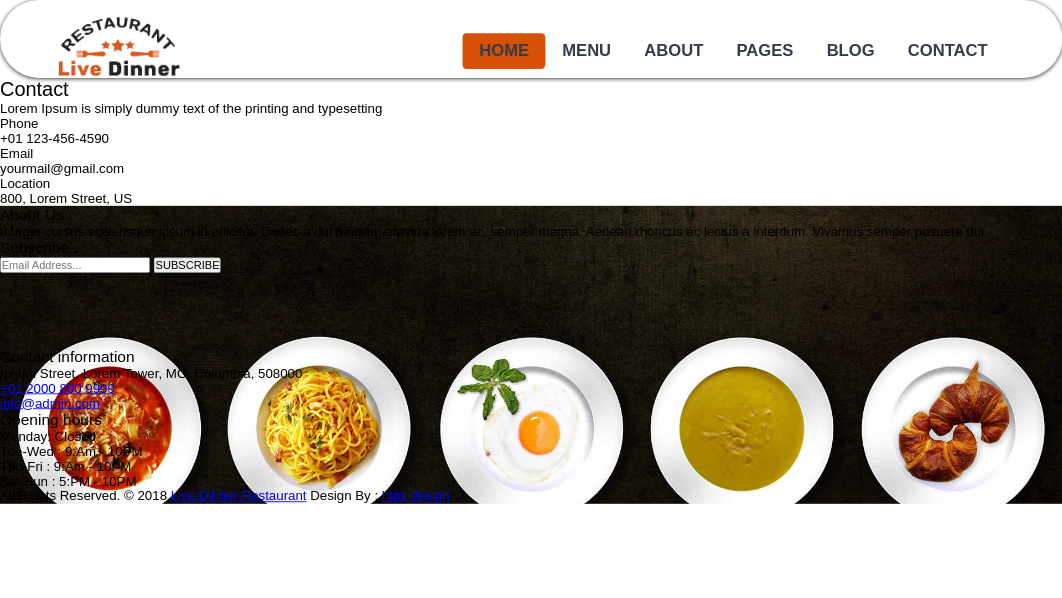
Repository: Hoa7604/kist_Java
Page: http://localhost/jdbc1/contact/list
An editor plug-in stored every save of this project. The page is shown before and after the next save, followed by the edit.
The browser window is 1280 px wide. The pictures show the whole page, at 83% of full size.
The page is served by Tomcat 9. Other server files are loaded and not shown. Queries for data that is not in the repository find no rows.

Above is the page before, as saved 2020-08-14 05:01:52.

### pho/jdbc1/WebContent/WEB-INF/views/contact.jsp
<%@page import="tp.kits3.livedinner.io.Contact"%>
<%@page import="java.util.List"%>
<%@ page language="java" contentType="text/html; charset=UTF-8"
    pageEncoding="UTF-8"%>

    <%
    	String contextPath = request.getContextPath();
    	List<Contact> list = (List<Contact>)request.getAttribute("ContactList");
    %>
<!DOCTYPE html>
<html lang="en"><!-- Basic -->
<head>
	<meta charset="utf-8">
    <meta http-equiv="X-UA-Compatible" content="IE=edge">

    <!-- Mobile Metas -->
    <meta name="viewport" content="width=device-width, initial-scale=1">

     <!-- Site Metas -->
    <title>Live Dinner Restaurant</title>
    <meta name="keywords" content="">
    <meta name="description" content="">
    <meta name="author" content="">

    <!-- Site Icons -->
    <link rel="shortcut icon" href="<%=contextPath %>/images/favicon.ico" type="image/x-icon">
    <link rel="apple-touch-icon" href=<%=contextPath %>"images/apple-touch-icon.png">

	<!-- Site CSS -->
    <link rel="stylesheet" href="<%=contextPath %>/css/style.css">
    <!-- Custom CSS -->
    <link rel="stylesheet" href="<%=contextPath %>/css/custom.css">

    <!--[if lt IE 9]>
      <script src="https://oss.maxcdn.com/libs/html5shiv/3.7.0/html5shiv.js"></script>
      <script src="https://oss.maxcdn.com/libs/respond.js/1.4.2/respond.min.js"></script>
    <![endif]-->

</head>

<body>
	<!-- Start header -->
	<header style = "position: initial;">
		<nav>
			<div class="container">
				<a href="index.html">
					<img src=" <%=contextPath %>/images/logo.png" alt="" />
				</a>
				<button type="button" data-toggle="collapse" data-target="#navbars-rs-food" aria-controls="navbars-rs-food" aria-expanded="false" aria-label="Toggle navigation">
				  <span>Search</span>
				</button>
				<div id="navbars-rs-food">
					<ul>
						<li><a class="active" href="<%=contextPath %>/menu/list">Home</a></li>
						<li><a href="#">Menu</a></li>
						<li><a href="#">About</a></li>
						<li >
							<a href="#" id="dropdown-a" onclick="show('subPage')" data-toggle="dropdown">Pages</a><br>
							<div id="subPage" class="drop-menu" aria-labelledby="dropdown-a">
								<a href="reservation.html">Reservation</a>
								<a href="stuff.html">Stuff</a>
								<a href="gallery.html">Gallery</a>
							</div>
						</li>
						<li>
							<a href="#" id="dropdown-a" onclick="show('subBlog')" data-toggle="dropdown">Blog</a>
							<div id = "subBlog" class="drop-menu" aria-labelledby="dropdown-a">
								<a href="blog.html">blog</a>
								<a href="blog-details.html">Blog Single</a>
							</div>
						</li>
						<li><a href="#">Contact</a></li>
					</ul>
				</div>
			</div>
		</nav>
	</header>
	<!-- End header -->

	<!-- Start All Pages -->
	<%for( int i = 0; i < list.size(); i++){%>
		<div >
			<div >
				<div >
					<div >
						<p>name: <%=list.get(i).getConame() %></p>
						<h1>Email: <%=list.get(i).getEmail() %></h1>
					</div>
				</div>
			</div>
		</div>
	<% }%>

	<!-- End All Pages -->

	<!-- Start Contact -->
	<div></div>
	<div>
		<div >
			<div >
				<div >
					<div >
						<h2>Contact</h2>
						<p>Lorem Ipsum is simply dummy text of the printing and typesetting</p>
					</div>
				</div>
			</div>
			<div >
				<div >
				<%for(int i = 0; i < list.size(); i++) {%>
					<form id="contactForm">
						<div >
							<div >
								<div >
									<input type="text" id="name" name="name" placeholder="<%=list.get(0).getConame() %>" required data-error="Please enter your name">
									<div ></div>
								</div>
							</div>
							<div >
								<div >
									<input type="text" placeholder="<%=list.get(0).getAddress() %>" id="email" name="name" required data-error="Please enter your email">
									<div ></div>
								</div>
							</div>
							<div >
								<div >
									<select id="guest" required data-error="Please Select Person">
									  <option disabled selected>Please Select Person*</option>
									  <option value="1">1</option>
									  <option value="2">2</option>
									  <option value="3">3</option>
									  <option value="4">4</option>
									  <option value="5">5</option>
									</select>
									<div ></div>
								</div>
							</div>
							<div >
								<div >
									<textarea id="message" placeholder="Your Message" rows="4" data-error="Write your message" required></textarea>
									<div ></div>
								</div>
								<div >
									<button id="submit" type="submit">Send Message</button>
									<div id="msgSubmit"></div>
									<div ></div>
								</div>
							</div>
						</div>
					</form>
					<%}%>
				</div>
			</div>
		</div>
	</div>
	<!-- End Contact -->

	<!-- Start Contact info -->
	<div>
		<div >
			<div >
				<div>
					<i></i>
					<div>
						<h4>Phone</h4>
						<p>
							+01 123-456-4590
						</p>
					</div>
				</div>
				<div>
					<i></i>
					<div>
						<h4>Email</h4>
						<p>
							yourmail@gmail.com
						</p>
					</div>
				</div>
				<div>
					<i></i>
					<div>
						<h4>Location</h4>
						<p>
							800, Lorem Street, US
						</p>
					</div>
				</div>
			</div>
		</div>
	</div>
	<!-- End Contact info -->

	<!-- Start Footer -->
	<footer>
		<div >
			<div >
				<div>
					<h3>About Us</h3>
					<p>Integer cursus scelerisque ipsum id efficitur. Donec a dui fringilla, gravida lorem ac, semper magna. Aenean rhoncus ac lectus a interdum. Vivamus semper posuere dui.</p>
				</div>
				<div>
					<h3>Subscribe</h3>
					<div>
						<form>
							<input name="EMAIL" id="subs-email" placeholder="Email Address..." type="email">
							<button type="submit" >SUBSCRIBE</button>
							<div ></div>
						</form>
					</div>
					<ul>
						<li><a href="#"><i aria-hidden="true"></i></a></li>
						<li><a href="#"><i aria-hidden="true"></i></a></li>
						<li><a href="#"><i aria-hidden="true"></i></a></li>
						<li><a href="#"><i aria-hidden="true"></i></a></li>
						<li><a href="#"><i aria-hidden="true"></i></a></li>
					</ul>
				</div>
				<div>
					<h3>Contact information</h3>
					<p>Ipsum Street, Lorem Tower, MO, Columbia, 508000</p>
					<p><a href="#">+01 2000 800 9999</a></p>
					<p><a href="#"> info@admin.com</a></p>
				</div>
				<div>
					<h3>Opening hours</h3>
					<p><span>Monday: </span>Closed</p>
					<p><span>Tue-Wed :</span> 9:Am - 10PM</p>
					<p><span>Thu-Fri :</span> 9:Am - 10PM</p>
					<p><span>Sat-Sun :</span> 5:PM - 10PM</p>
				</div>
			</div>
		</div>

		<div>
			<div >
				<div >
					<div>
						<p>All Rights Reserved. &copy; 2018 <a href="#">Live Dinner Restaurant</a> Design By :
					<a href="#">html design</a></p>
					</div>
				</div>
			</div>
		</div>

	</footer>
	<!-- End Footer -->

	<a href="#" id="back-to-top" title="Back to top" style="display: none;"><i aria-hidden="true"></i></a>

	<!-- ALL JS FILES -->
    <!-- ALL PLUGINS -->
    <script src="js/custom.js"></script>
</body>
</html>

### pho/jdbc1/src/tp/kits3/servlet/contactServlet.java
package tp.kits3.servlet;

import java.io.IOException;
import java.sql.Connection;
import java.sql.DriverManager;
import java.sql.ResultSet;
import java.sql.SQLException;
import java.sql.Statement;
import java.util.ArrayList;
import java.util.List;

import javax.servlet.RequestDispatcher;
import javax.servlet.ServletException;
import javax.servlet.annotation.WebServlet;
import javax.servlet.http.HttpServlet;
import javax.servlet.http.HttpServletRequest;
import javax.servlet.http.HttpServletResponse;
import javax.sql.DataSource;

import td.kits3.livedinner.dao.ContactDAO;
import tp.kits3.livedinner.io.Category;
import tp.kits3.livedinner.io.Contact;

/**
 * Servlet implementation class contactServlet
 */
@WebServlet("/contact/list")
public class contactServlet extends HttpServlet {
	private static final long serialVersionUID = 1L;
    /**
     * @see HttpServlet#HttpServlet()
     */
    public contactServlet() {
        super();
        // TODO Auto-generated constructor stub
    }

	/**
	 * @see HttpServlet#doGet(HttpServletRequest request, HttpServletResponse response)
	 */
	protected void doGet(HttpServletRequest request, HttpServletResponse response) throws ServletException, IOException {
		// TODO Auto-generated method stub
		ContactDAO contactdao = new ContactDAO();
		Contact contact = new Contact();
		List<Contact> list = new ArrayList<Contact>();
		list = contactdao.findAll();
		System.out.println(list);
		if (list.size() == 0) {
			System.out.println("List none");
		}
		String divList = "<div class'ctgList'>";
		for(Contact ct : list) {
			divList += "<p><a href='update?coid="+ ct.getCoid()+ "'>" + ct.toString() + "</a></p>";

		}
		divList += "<p><a href='add'>/contact/add</p></a>";
		divList += "</div>";

		response.setContentType("text/html; charset = UTF-8");
		response.getWriter().append(divList);

		//*************************************//
		request.setAttribute("ContactList", list);

		String profix = "/WEB-INF/views/";
		String subfix = ".jsp";
		RequestDispatcher dispatcher = request.getRequestDispatcher(profix + "contact" +subfix);
		dispatcher.forward(request, response);
	}

	/**
	 * @see HttpServlet#doPost(HttpServletRequest request, HttpServletResponse response)
	 */
	protected void doPost(HttpServletRequest request, HttpServletResponse response) throws ServletException, IOException {
		// TODO Auto-generated method stub
		doGet(request, response);
	}

	@Override
	public String toString() {
		// TODO Auto-generated method stub
		return super.toString();
	}
}

### pho/jdbc1/src/tp/kits3/livedinner/io/Contact.java
package tp.kits3.livedinner.io;
public class Contact {

    private Integer coid;

    private String coname;

    private String priphone;

    private String subphone;

    private String email;

    private String address;

    private Boolean unused;

    private String opening;

    private String weekday;

    private String weekend;

    private String aboutus;

    private Double latitude;

    private Double logitude;

    public Integer getCoid() {
        return coid;
    }

    public void setCoid(Integer coid) {
        this.coid = coid;
    }

    public String getConame() {
        return coname;
    }

    public void setConame(String coname) {
        this.coname = coname;
    }

    public String getPriphone() {
        return priphone;
    }

    public void setPriphone(String priphone) {
        this.priphone = priphone;
    }

    public String getSubphone() {
        return subphone;
    }

    public void setSubphone(String subphone) {
        this.subphone = subphone;
    }

    public String getEmail() {
        return email;
    }

    public void setEmail(String email) {
        this.email = email;
    }

    public String getAddress() {
        return address;
    }

    public void setAddress(String address) {
        this.address = address;
    }

    public Boolean getUnused() {
        return unused;
    }

    public void setUnused(Boolean unused) {
        this.unused = unused;
    }

    public String getOpening() {
        return opening;
    }

    public void setOpening(String opening) {
        this.opening = opening;
    }

    public String getWeekday() {
        return weekday;
    }

    public void setWeekday(String weekday) {
        this.weekday = weekday;
    }

    public String getWeekend() {
        return weekend;
    }

    public void setWeekend(String weekend) {
        this.weekend = weekend;
    }

    public String getAboutus() {
        return aboutus;
    }

    public void setAboutus(String aboutus) {
        this.aboutus = aboutus;
    }

    public Double getLatitude() {
        return latitude;
    }

    public void setLatitude(Double latitude) {
        this.latitude = latitude;
    }

    public Double getLogitude() {
        return logitude;
    }

    public void setLogitude(Double logitude) {
        this.logitude = logitude;
    }

    // Contact 모델 복사
    public void CopyData(Contact param)
    {
        this.coid = param.getCoid();
        this.coname = param.getConame();
        this.priphone = param.getPriphone();
        this.subphone = param.getSubphone();
        this.email = param.getEmail();
        this.address = param.getAddress();
        this.unused = param.getUnused();
        this.opening = param.getOpening();
        this.weekday = param.getWeekday();
        this.weekend = param.getWeekend();
        this.aboutus = param.getAboutus();
        this.latitude = param.getLatitude();
        this.logitude = param.getLogitude();
    }

	@Override
	public String toString() {
		return "Contact [coid=" + coid + ", coname=" + coname + ", priphone=" + priphone + ", subphone=" + subphone
				+ ", email=" + email + ", address=" + address + ", unused=" + unused + ", opening=" + opening
				+ ", weekday=" + weekday + ", weekend=" + weekend + ", aboutus=" + aboutus + ", latitude=" + latitude
				+ ", logitude=" + logitude + "]";
	}
}

### pho/jdbc1/WebContent/css/custom.css
*{margin: 0; padding: 0; font-family: 'Rubik', sans-serif; font-weight: 500;}

.font-style1 {font-weight: 100;}
.font-style2 {font-weight: 300;}
.font-style3 {font-weight: 400;}
.font-style4 {font-weight: 500;}
.font-style5 {font-weight: 700;}
.font-style6 {font-weight: 900;}

.container {
    max-width: 1140px;
    margin: 0 auto;
    position: relative;
    overflow: hidden;
}

/* CONTACT */
.all-pages {
    background-image: url(../images/all-bg.jpg);
    background-repeat: no-repeat;
    background-position: center center;
    background-size: cover;
    height: 50vh;
    background-attachment: fixed;
}
.all-pages .container {}
.all-pages .container .row {
    width: 100%;
}
.all-pages .container .row .wrap {
    text-align: center;
    display: inline-block;
    line-height: 50vh;
    width: 100%;
}
.all-pages .container .row .wrap h1{
    color: #fff;
    font-size: 40px;
    font-weight: bold;
}

.contact-box-start{
    background-color: #ffffff;
    border: none;
    padding-top: 50px;
}
.contact-box .container {}
.contact-box .container .row {}

.contact-box .container .row .title-box {}
.contact-box .container .row .title-box .wrap-title {}
.contact-box .container .row .title-box .wrap-title h2{}
.contact-box .container .row .title-box .wrap-title p{}

.row .wrap-form {width: 100%;}

#contactForm {width:100%;}
#contactForm .wrap-sub-form {}
#contactForm .wrap-sub-form input[type="text"]{
    width: 100%;
    height: 30px;
    box-sizing: border-box;
    padding: 5px;
}

#contactForm .wrap-sub-form input[type="phone"]{
    width: 50%;
    height: 30px;
    box-sizing: border-box;
    float: left;
    padding: 5px;
}

#contactForm .wrap-sub-form textarea{
    width: 100%;
    box-sizing: border-box;
    padding: 5px;
}

#contactForm .wrap-sub-form input[type="submit"]{
    width: 100%;
    height: 30px;
    line-height: 30px;
    background-color: #d66106;
    box-sizing: border-box;
    border: none;
    color: #ffffff;
    font-size: 20px;

}

#contactForm .wrap-sub-form .wrap {}
#contactForm .wrap-sub-form .wrap .box {padding-bottom: 20px; overflow: hidden;}

/* END CONTACT */

Loaded but not shown: pho/jdbc1/WebContent/css/style.css (686 lines, source omitted); pho/jdbc1/src/td/kits3/livedinner/dao/ContactDAO.java (179 lines, source omitted)

After the next save:
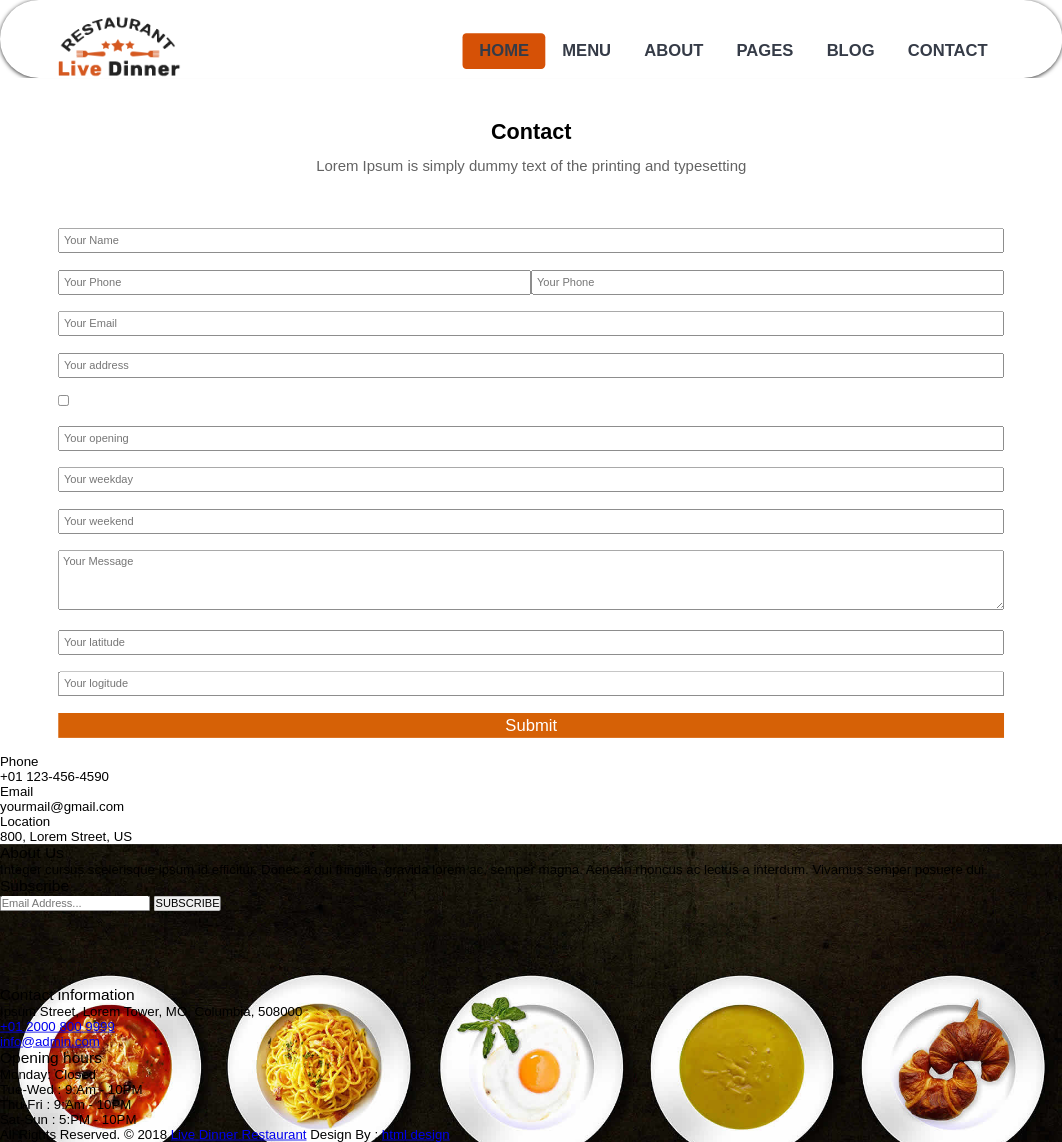
Saved 3 h 44 min later.
--- a/pho/jdbc1/WebContent/WEB-INF/views/contact.jsp
+++ b/pho/jdbc1/WebContent/WEB-INF/views/contact.jsp
@@ -95,60 +95,94 @@
 
 	<!-- Start Contact -->
 	<div></div>
-	<div>
-		<div >
-			<div >
-				<div >
-					<div >
+	<div class="contact-box-start">
+		<div class="container">
+			<div class="row">
+				<div class="title-box">
+					<div class="wrap-title">
 						<h2>Contact</h2>
 						<p>Lorem Ipsum is simply dummy text of the printing and typesetting</p>
 					</div>
 				</div>
 			</div>
-			<div >
-				<div >
-				<%for(int i = 0; i < list.size(); i++) {%>
+			<div class="row">
+				<div class="wrap-form">
 					<form id="contactForm">
-						<div >
-							<div >
-								<div >
-									<input type="text" id="name" name="name" placeholder="<%=list.get(0).getConame() %>" required data-error="Please enter your name">
-									<div ></div>
-								</div>
-							</div>
-							<div >
-								<div >
-									<input type="text" placeholder="<%=list.get(0).getAddress() %>" id="email" name="name" required data-error="Please enter your email">
-									<div ></div>
-								</div>
-							</div>
-							<div >
-								<div >
-									<select id="guest" required data-error="Please Select Person">
-									  <option disabled selected>Please Select Person*</option>
-									  <option value="1">1</option>
-									  <option value="2">2</option>
-									  <option value="3">3</option>
-									  <option value="4">4</option>
-									  <option value="5">5</option>
-									</select>
-									<div ></div>
-								</div>
-							</div>
-							<div >
-								<div >
-									<textarea id="message" placeholder="Your Message" rows="4" data-error="Write your message" required></textarea>
-									<div ></div>
-								</div>
-								<div >
-									<button id="submit" type="submit">Send Message</button>
-									<div id="msgSubmit"></div>
-									<div ></div>
-								</div>
-							</div>
+						<div class="wrap-sub-form">
+							<div class="wrap wrap-user">
+								<div class=" box user-box">
+									<input type="text" id="name" name="name" placeholder="Your Name" required data-error="Please enter your name">
+									<div ></div>
+								</div>
+							</div>
+							<div class="wrap  wrap-phone">
+								<div class="box phone-box">
+									<input type="phone" id="priphone" name="priphone" placeholder="Your Phone" required data-error="Please enter your priphone">
+									<input type="phone" id="subphone" name="subphone" placeholder="Your Phone" data-error="Please enter your subphone">
+								</div>
+							</div>
+							<div class="wrap  wrap-mail">
+								<div class="box email-box">
+									<input type="text" placeholder="Your Email" id="email" name="name" required data-error="Please enter your email">
+									<div ></div>
+								</div>
+							</div>
+							<div class="wrap  wrap-address">
+								<div class="box address-box">
+									<input type="text" placeholder="Your address" id="address" name="address" required data-error="Please enter your email">
+									<div ></div>
+								</div>
+							</div>
+							<div class="wrap  wrap-check">
+								<div class="box check-box">
+									<input type="checkbox" id="unused" name="unused"  data-error="Please enter your check">
+									<div ></div>
+								</div>
+							</div>
+							<div class="wrap  wrap-opening">
+								<div class="box opening-box">
+									<input type="text" placeholder="Your opening" id="opening" name="opening" required data-error="Please enter your opening">
+									<div ></div>
+								</div>
+							</div>
+							<div class="wrap  wrap-weekday">
+								<div class="box weekday-box">
+									<input type="text" placeholder="Your weekday" id="weekday" name="weekday" required data-error="Please enter your weekday">
+									<div ></div>
+								</div>
+							</div>
+							<div class="wrap wrap-weekend">
+								<div class="box weekend-box">
+									<input type="text" placeholder="Your weekend" id="weekend" name="weekend" required data-error="Please enter your weekend">
+									<div ></div>
+								</div>
+							</div>
+							<div class="wrap  wrap-aboutus" >
+								<div class="box aboutus-box">
+									<textarea id="aboutus" placeholder="Your Message" rows="4" data-error="Write your message" required></textarea>
+									<div ></div>
+								</div>
+							</div>
+							<div class="wrap  wrap-latitude">
+								<div class="box latitude-box">
+									<input type="text" placeholder="Your latitude" id="latitude" name="latitude" required data-error="Please enter your latitude">
+									<div ></div>
+								</div>
+							</div>
+							<div class="wrap  wrap-logitude">
+								<div class="box logitude-box">
+									<input type="text" placeholder="Your logitude" id="logitude" name="logitude" required data-error="Please enter your logitude">
+									<div ></div>
+								</div>
+							</div>
+							<div class="wrap  wrap-submit">
+								<div class="box submit-box">
+									<input type="submit" name="submit" value="Submit">
+								</div>
+							</div>
+
 						</div>
 					</form>
-					<%}%>
 				</div>
 			</div>
 		</div>
